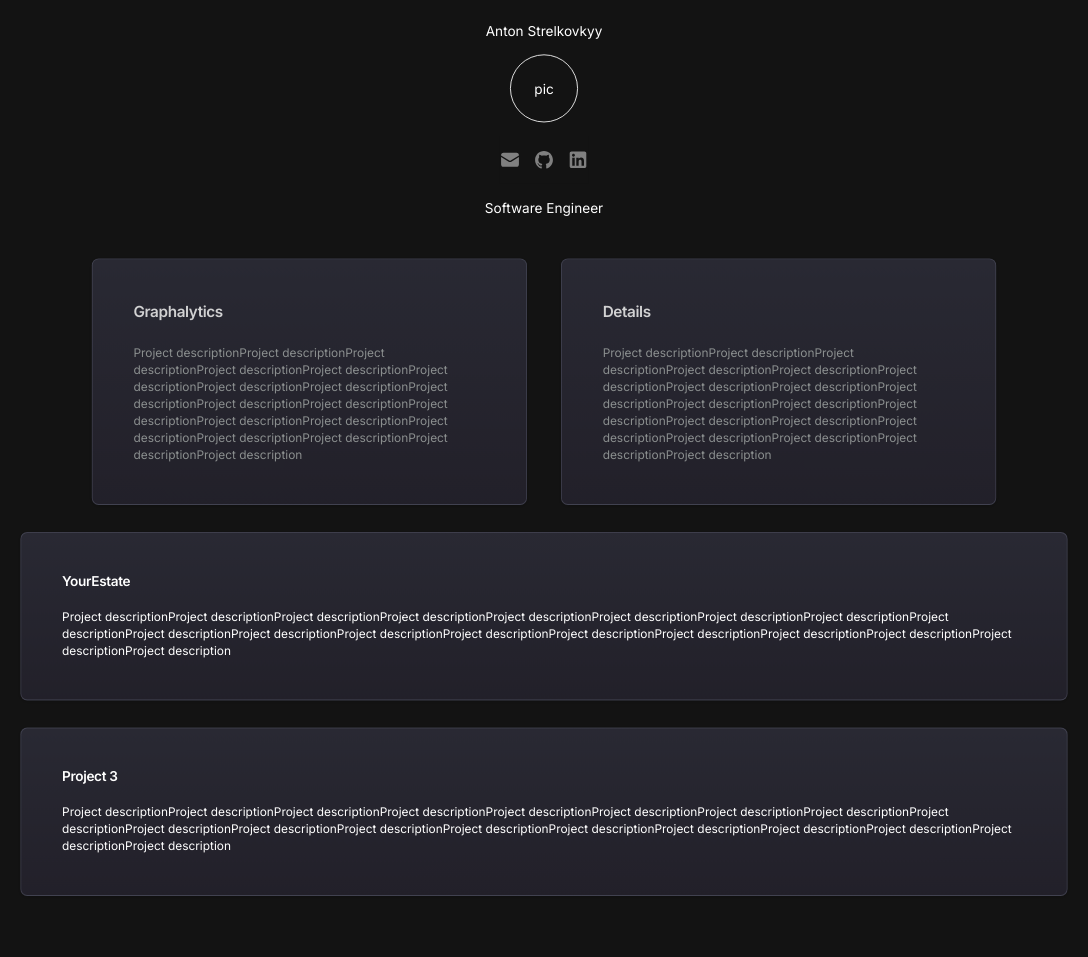
Repository: Fortivera/Anton
Page: /
An editor plug-in stored every save of this project. The page is shown before and after the next save, followed by the edit.
The browser window is 1280 px wide. The pictures show the whole page, at 85% of full size.
The project was rebuilt for these pictures with package versions that can differ from the ones it lists, and the page was loaded fresh each time. The framework's server and built-in components were replaced by stand-ins that run in the browser. Also part of the build but not shown: next.config.mjs.

Above is the page before, as saved 2024-05-01 23:30:54.

### app/layout.tsx
import type { Metadata } from "next";
import { Inter } from "next/font/google";
import "./globals.css";
import { cn } from "@/lib/utils"

const inter = Inter({ subsets: ["latin"] });

export const metadata: Metadata = {
  title: "Create Next App",
  description: "Generated by create next app",
};

export default function RootLayout({
  children,
}: Readonly<{
  children: React.ReactNode;
}>) {
  return (
    <html lang="en">
      <body className={cn(
          "min-h-screen bg-[#c2b3b3] font-sans antialiased",
          inter.className
        )}>{children}</body>
    </html>
  );
}

### app/page.tsx
import Footer from "@/components/Footer";
import Header from "@/components/Header";
import {
  Card,
  CardContent,
  CardDescription,
  CardFooter,
  CardHeader,
  CardTitle,
} from "@/components/ui/card"
import GlassyComponent from "@/components/ui/glasscard";
import Image from "next/image";

export default function Home() {
  return (
    <div className="min-h-screen w-full flex flex-col text-white text-base">
      {/* <Header /> */}
      <main className="flex flex-col bg-[#131313] w-full mx-auto p-6 flex-grow">
        <section id="about_me" className="container mx-auto px-4">
          <div className="flex flex-col items-center space-y-4">
            <p>Anton Strelkovkyy</p>
            <div className="flex justify-center items-center rounded-full border border-white h-20 w-20">pic</div>
            <Footer />
            <p className="flex justify-center items-center w-[30rem]">Software Engineer</p>
          </div>
        </section>

        <section className="grid grid-cols-1 gap-8 justify-items-center py-12" id="projects">
          <div className="flex flex-col sm:flex-row space-x-10">
            <Card className="max-w-lg relative p-6 border rounded-lg bg-opacity-10 bg-[#9d94e9] border-[#60647872] bg-gradient-to-b from-[#35374366] to-[#24212b65]">
              <CardHeader>
                <CardTitle className="text-lg font-semibold text-[#D1D1D2]">Graphalytics</CardTitle>
              </CardHeader>
              <CardContent className="text-[#8b8f8f]">
                <CardDescription>
                  Project descriptionProject descriptionProject descriptionProject descriptionProject descriptionProject descriptionProject descriptionProject descriptionProject descriptionProject descriptionProject descriptionProject descriptionProject descriptionProject descriptionProject descriptionProject descriptionProject descriptionProject descriptionProject description
                </CardDescription>
              </CardContent>
            </Card>
            <Card className="max-w-lg relative p-6 border rounded-lg bg-opacity-10 bg-[#9d94e9] border-[#60647872] bg-gradient-to-b from-[#35374366] to-[#24212b65]">
              <CardHeader>
                <CardTitle className="text-lg font-semibold text-[#D1D1D2]">Details</CardTitle>
              </CardHeader>
              <CardContent className="text-[#8b8f8f]">
                <CardDescription>
                  Project descriptionProject descriptionProject descriptionProject descriptionProject descriptionProject descriptionProject descriptionProject descriptionProject descriptionProject descriptionProject descriptionProject descriptionProject descriptionProject descriptionProject descriptionProject descriptionProject descriptionProject descriptionProject description
                </CardDescription>
              </CardContent>
            </Card>

          </div>
          <Card className="relative p-6 border rounded-lg bg-opacity-10 bg-[#9d94e9] border-[#60647872] bg-gradient-to-b from-[#35374366] to-[#24212b65]">
            <CardHeader>
              <CardTitle>YourEstate</CardTitle>
            </CardHeader>
            <CardContent>
              <CardDescription>
                Project descriptionProject descriptionProject descriptionProject descriptionProject descriptionProject descriptionProject descriptionProject descriptionProject descriptionProject descriptionProject descriptionProject descriptionProject descriptionProject descriptionProject descriptionProject descriptionProject descriptionProject descriptionProject description
              </CardDescription>
            </CardContent>
          </Card>
          <Card className="relative p-6 border rounded-lg bg-opacity-10 bg-[#9d94e9] border-[#60647872] bg-gradient-to-b from-[#35374366] to-[#24212b65]">
            <CardHeader>
              <CardTitle>Project 3</CardTitle>
            </CardHeader>
            <CardContent>
              <CardDescription>
                Project descriptionProject descriptionProject descriptionProject descriptionProject descriptionProject descriptionProject descriptionProject descriptionProject descriptionProject descriptionProject descriptionProject descriptionProject descriptionProject descriptionProject descriptionProject descriptionProject descriptionProject descriptionProject description
              </CardDescription>
            </CardContent>
          </Card>
        </section>
      </main>


    </div>
  );
}

### components/Footer.tsx
import Image from "next/image"


export default function Footer() {
    return (
        <footer className="flex justify-center gap-4 h-14 p- bg-[#131313]">
            <Image src="/mail.svg" alt={"Email"} width={24} height={24} />
            <Image src="/github.svg" alt={"GitHub"} width={24} height={24} />
            <Image src="/linkedin.svg" alt={"Linkedin"} width={24} height={24} />
        </footer>
    )
}

### components/ui/card.tsx
import * as React from "react"

import { cn } from "@/lib/utils"

const Card = React.forwardRef<
  HTMLDivElement,
  React.HTMLAttributes<HTMLDivElement>
>(({ className, ...props }, ref) => (
  <div
    ref={ref}
    className={cn(
      "rounded-xl border bg-card text-card-foreground shadow",
      className
    )}
    {...props}
  />
))
Card.displayName = "Card"

const CardHeader = React.forwardRef<
  HTMLDivElement,
  React.HTMLAttributes<HTMLDivElement>
>(({ className, ...props }, ref) => (
  <div
    ref={ref}
    className={cn("flex flex-col space-y-1.5 p-6", className)}
    {...props}
  />
))
CardHeader.displayName = "CardHeader"

const CardTitle = React.forwardRef<
  HTMLParagraphElement,
  React.HTMLAttributes<HTMLHeadingElement>
>(({ className, ...props }, ref) => (
  <h3
    ref={ref}
    className={cn("font-semibold leading-none tracking-tight", className)}
    {...props}
  />
))
CardTitle.displayName = "CardTitle"

const CardDescription = React.forwardRef<
  HTMLParagraphElement,
  React.HTMLAttributes<HTMLParagraphElement>
>(({ className, ...props }, ref) => (
  <p
    ref={ref}
    className={cn("text-sm text-muted-foreground", className)}
    {...props}
  />
))
CardDescription.displayName = "CardDescription"

const CardContent = React.forwardRef<
  HTMLDivElement,
  React.HTMLAttributes<HTMLDivElement>
>(({ className, ...props }, ref) => (
  <div ref={ref} className={cn("p-6 pt-0", className)} {...props} />
))
CardContent.displayName = "CardContent"

const CardFooter = React.forwardRef<
  HTMLDivElement,
  React.HTMLAttributes<HTMLDivElement>
>(({ className, ...props }, ref) => (
  <div
    ref={ref}
    className={cn("flex items-center p-6 pt-0", className)}
    {...props}
  />
))
CardFooter.displayName = "CardFooter"

export { Card, CardHeader, CardFooter, CardTitle, CardDescription, CardContent }

### tailwind.config.ts
import type { Config } from "tailwindcss"

const config = {
  darkMode: ["class"],
  content: [
    './pages/**/*.{ts,tsx}',
    './components/**/*.{ts,tsx}',
    './app/**/*.{ts,tsx}',
    './src/**/*.{ts,tsx}',
  ],
  prefix: "",
  theme: {
    container: {
      center: true,
      padding: "2rem",
      screens: {
        "2xl": "1400px",
      },
    },
    extend: {
      keyframes: {
        "accordion-down": {
          from: { height: "0" },
          to: { height: "var(--radix-accordion-content-height)" },
        },
        "accordion-up": {
          from: { height: "var(--radix-accordion-content-height)" },
          to: { height: "0" },
        },
      },
      animation: {
        "accordion-down": "accordion-down 0.2s ease-out",
        "accordion-up": "accordion-up 0.2s ease-out",
      },
    },
  },
  plugins: [
    require("tailwindcss-animate"),
    require('@tailwindcss/typography'),
  ],
} satisfies Config

export default config

Loaded but not shown: app/globals.css (common file); lib/utils.ts (common file)

After the next save:
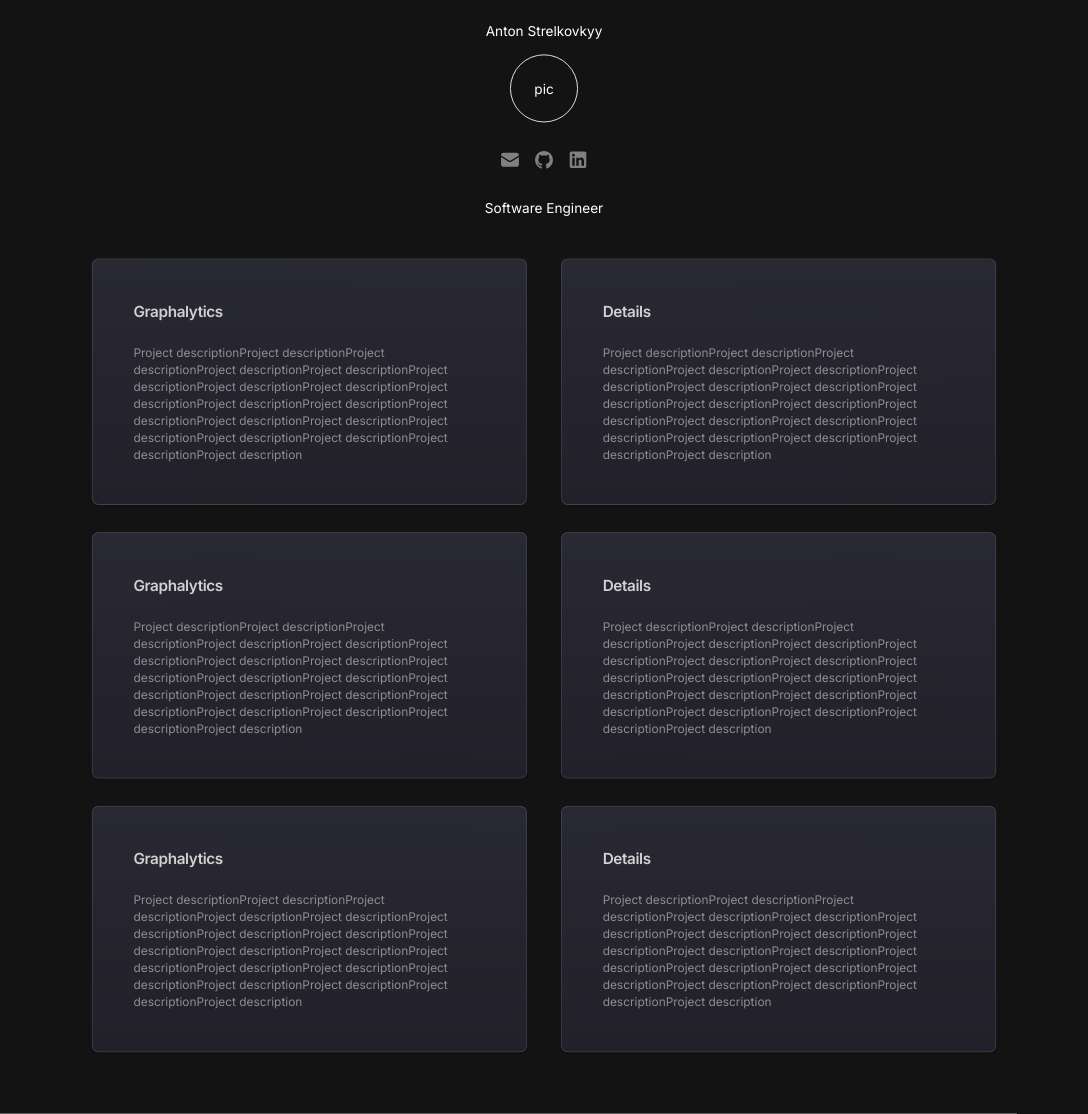
Saved 39 s later.
--- a/app/page.tsx
+++ b/app/page.tsx
@@ -49,26 +49,52 @@ export default function Home() {
             </Card>
 
           </div>
-          <Card className="relative p-6 border rounded-lg bg-opacity-10 bg-[#9d94e9] border-[#60647872] bg-gradient-to-b from-[#35374366] to-[#24212b65]">
-            <CardHeader>
-              <CardTitle>YourEstate</CardTitle>
-            </CardHeader>
-            <CardContent>
-              <CardDescription>
-                Project descriptionProject descriptionProject descriptionProject descriptionProject descriptionProject descriptionProject descriptionProject descriptionProject descriptionProject descriptionProject descriptionProject descriptionProject descriptionProject descriptionProject descriptionProject descriptionProject descriptionProject descriptionProject description
-              </CardDescription>
-            </CardContent>
-          </Card>
-          <Card className="relative p-6 border rounded-lg bg-opacity-10 bg-[#9d94e9] border-[#60647872] bg-gradient-to-b from-[#35374366] to-[#24212b65]">
-            <CardHeader>
-              <CardTitle>Project 3</CardTitle>
-            </CardHeader>
-            <CardContent>
-              <CardDescription>
-                Project descriptionProject descriptionProject descriptionProject descriptionProject descriptionProject descriptionProject descriptionProject descriptionProject descriptionProject descriptionProject descriptionProject descriptionProject descriptionProject descriptionProject descriptionProject descriptionProject descriptionProject descriptionProject description
-              </CardDescription>
-            </CardContent>
-          </Card>
+          <div className="flex flex-col sm:flex-row space-x-10">
+            <Card className="max-w-lg relative p-6 border rounded-lg bg-opacity-10 bg-[#9d94e9] border-[#60647872] bg-gradient-to-b from-[#35374366] to-[#24212b65]">
+              <CardHeader>
+                <CardTitle className="text-lg font-semibold text-[#D1D1D2]">Graphalytics</CardTitle>
+              </CardHeader>
+              <CardContent className="text-[#8b8f8f]">
+                <CardDescription>
+                  Project descriptionProject descriptionProject descriptionProject descriptionProject descriptionProject descriptionProject descriptionProject descriptionProject descriptionProject descriptionProject descriptionProject descriptionProject descriptionProject descriptionProject descriptionProject descriptionProject descriptionProject descriptionProject description
+                </CardDescription>
+              </CardContent>
+            </Card>
+            <Card className="max-w-lg relative p-6 border rounded-lg bg-opacity-10 bg-[#9d94e9] border-[#60647872] bg-gradient-to-b from-[#35374366] to-[#24212b65]">
+              <CardHeader>
+                <CardTitle className="text-lg font-semibold text-[#D1D1D2]">Details</CardTitle>
+              </CardHeader>
+              <CardContent className="text-[#8b8f8f]">
+                <CardDescription>
+                  Project descriptionProject descriptionProject descriptionProject descriptionProject descriptionProject descriptionProject descriptionProject descriptionProject descriptionProject descriptionProject descriptionProject descriptionProject descriptionProject descriptionProject descriptionProject descriptionProject descriptionProject descriptionProject description
+                </CardDescription>
+              </CardContent>
+            </Card>
+
+          </div>
+          <div className="flex flex-col sm:flex-row space-x-10">
+            <Card className="max-w-lg relative p-6 border rounded-lg bg-opacity-10 bg-[#9d94e9] border-[#60647872] bg-gradient-to-b from-[#35374366] to-[#24212b65]">
+              <CardHeader>
+                <CardTitle className="text-lg font-semibold text-[#D1D1D2]">Graphalytics</CardTitle>
+              </CardHeader>
+              <CardContent className="text-[#8b8f8f]">
+                <CardDescription>
+                  Project descriptionProject descriptionProject descriptionProject descriptionProject descriptionProject descriptionProject descriptionProject descriptionProject descriptionProject descriptionProject descriptionProject descriptionProject descriptionProject descriptionProject descriptionProject descriptionProject descriptionProject descriptionProject description
+                </CardDescription>
+              </CardContent>
+            </Card>
+            <Card className="max-w-lg relative p-6 border rounded-lg bg-opacity-10 bg-[#9d94e9] border-[#60647872] bg-gradient-to-b from-[#35374366] to-[#24212b65]">
+              <CardHeader>
+                <CardTitle className="text-lg font-semibold text-[#D1D1D2]">Details</CardTitle>
+              </CardHeader>
+              <CardContent className="text-[#8b8f8f]">
+                <CardDescription>
+                  Project descriptionProject descriptionProject descriptionProject descriptionProject descriptionProject descriptionProject descriptionProject descriptionProject descriptionProject descriptionProject descriptionProject descriptionProject descriptionProject descriptionProject descriptionProject descriptionProject descriptionProject descriptionProject description
+                </CardDescription>
+              </CardContent>
+            </Card>
+
+          </div>
         </section>
       </main>
 
